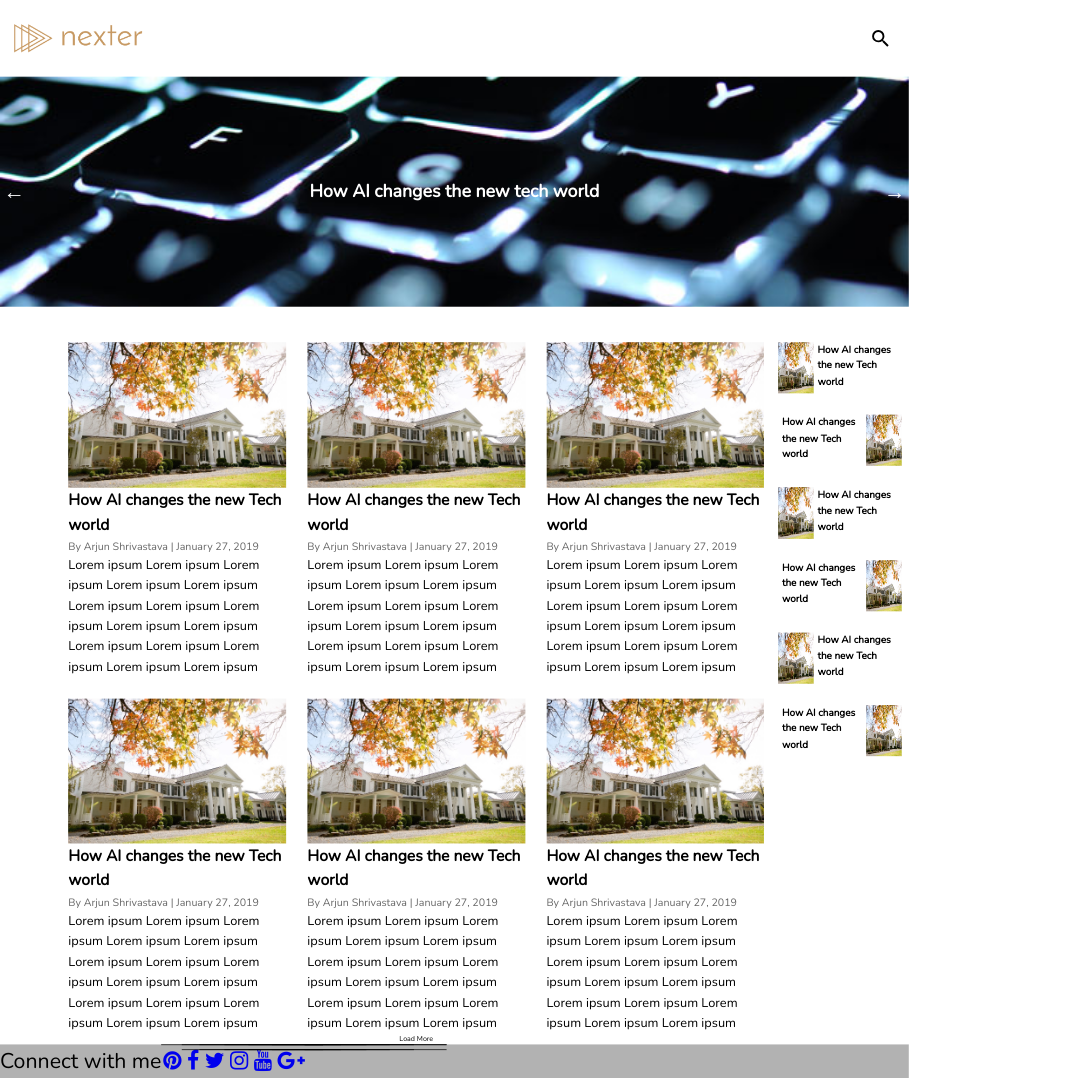
Repository: geekyarjun/myblog
Page: index.html
The author's editor kept a copy of each file at every save. The page is drawn from the files as they stood at one save, then again after the next save.
The browser window is 1280 px wide. The page is 1280 px wide, then 1507 px, so the pictures cover 1507 px, including what lies to the right of the window. The pictures show the whole page, at 71% of full size.
Some web libraries are served in a nearby version. The style sheet was rebuilt from its Sass, Less or Tailwind sources for each picture, by a compiler version that may differ from the author's.

Above is the page before, as saved 2019-03-03 19:11:05.

### index.html
<!DOCTYPE html>
<html>
<head>
    <meta charset="utf-8" />
    <meta http-equiv="X-UA-Compatible" content="IE=edge">
    <title>Tech Stack</title>
    <meta name="viewport" content="width=device-width, initial-scale=1">
    <link href="https://fonts.googleapis.com/css?family=Nunito:200,300,400" rel="stylesheet">
    <link rel="stylesheet" href="css/style.css">
    <link href='https://fonts.googleapis.com/css?family=Open+Sans|Oswald:300' rel='stylesheet' type='text/css'>
    <link rel="stylesheet" href="https://maxcdn.bootstrapcdn.com/font-awesome/4.4.0/css/font-awesome.min.css">

    <!-- <link href="https://fonts.googleapis.com/css?family=Nunito:300,400,600" rel="stylesheet"> -->
</head>
<body class="container">
    <header class="header">
        <img src="/img/logo.png" alt="techstack logo" class="header__logo">
        <img src="/img/search.svg" alt="Search icon" class="header__search-logo">
    </header>
    <section class="slider">
        <img src="img/best-tech-sites.jpg" alt="slide post-1" />
        <h2>How AI changes the new tech world</h2>
        <button class="slider--previous" onclick="moveSlides('-')">&larr;</button>
        <button class="slider--next" onclick="moveSlides('+')">&rarr;</button>
    </section>
    <main class="post_container">
        <article>
            <img src="img/gal-1.jpeg" alt="first post" />
            <h2>How AI changes the new Tech world</h2>
            <p class="author">By Arjun Shrivastava | January 27, 2019</p>
            <p class="text">Lorem ipsum Lorem ipsum Lorem ipsum Lorem ipsum Lorem ipsum Lorem ipsum Lorem ipsum Lorem ipsum Lorem ipsum Lorem ipsum Lorem ipsum Lorem ipsum Lorem ipsum Lorem ipsum Lorem ipsum</p>
        </article>
        <article>
            <img src="img/gal-1.jpeg" alt="first post" />
            <h2>How AI changes the new Tech world</h2>
            <p class="author">By Arjun Shrivastava | January 27, 2019</p>
            <p class="text">Lorem ipsum Lorem ipsum Lorem ipsum Lorem ipsum Lorem ipsum Lorem ipsum Lorem ipsum Lorem ipsum Lorem ipsum Lorem ipsum Lorem ipsum Lorem ipsum Lorem ipsum Lorem ipsum Lorem ipsum</p>
        </article>
        <article>
            <img src="img/gal-1.jpeg" alt="first post" />
            <h2>How AI changes the new Tech world</h2>
            <p class="author">By Arjun Shrivastava | January 27, 2019</p>
            <p class="text">Lorem ipsum Lorem ipsum Lorem ipsum Lorem ipsum Lorem ipsum Lorem ipsum Lorem ipsum Lorem ipsum Lorem ipsum Lorem ipsum Lorem ipsum Lorem ipsum Lorem ipsum Lorem ipsum Lorem ipsum</p>
        </article>
        <article>
            <img src="img/gal-1.jpeg" alt="first post" />
            <h2>How AI changes the new Tech world</h2>
            <p class="author">By Arjun Shrivastava | January 27, 2019</p>
            <p class="text">Lorem ipsum Lorem ipsum Lorem ipsum Lorem ipsum Lorem ipsum Lorem ipsum Lorem ipsum Lorem ipsum Lorem ipsum Lorem ipsum Lorem ipsum Lorem ipsum Lorem ipsum Lorem ipsum Lorem ipsum</p>
        </article>
        <article>
            <img src="img/gal-1.jpeg" alt="first post" />
            <h2>How AI changes the new Tech world</h2>
            <p class="author">By Arjun Shrivastava | January 27, 2019</p>
            <p class="text">Lorem ipsum Lorem ipsum Lorem ipsum Lorem ipsum Lorem ipsum Lorem ipsum Lorem ipsum Lorem ipsum Lorem ipsum Lorem ipsum Lorem ipsum Lorem ipsum Lorem ipsum Lorem ipsum Lorem ipsum</p>
        </article>
        <article>
            <img src="img/gal-1.jpeg" alt="first post" />
            <h2>How AI changes the new Tech world</h2>
            <p class="author">By Arjun Shrivastava | January 27, 2019</p>
            <p class="text">Lorem ipsum Lorem ipsum Lorem ipsum Lorem ipsum Lorem ipsum Lorem ipsum Lorem ipsum Lorem ipsum Lorem ipsum Lorem ipsum Lorem ipsum Lorem ipsum Lorem ipsum Lorem ipsum Lorem ipsum</p>
        </article>
    </main>
    <aside class="aside-latest-blog-post">
        <article>
            <img src="img/gal-1.jpeg" alt="first post" />
            <h3>How AI changes the new Tech world</h3>
        </article>
        <article class="aside-latest-blog-post__alternate-post">
            <h3>How AI changes the new Tech world</h3>
            <img src="img/gal-1.jpeg" alt="first post" />
        </article>
        <article>
            <img src="img/gal-1.jpeg" alt="first post" />
            <h3>How AI changes the new Tech world</h3>
        </article>
        <article class="aside-latest-blog-post__alternate-post">
            <h3>How AI changes the new Tech world</h3>
            <img src="img/gal-1.jpeg" alt="first post" />
        </article>
        <article>
            <img src="img/gal-1.jpeg" alt="first post" />
            <h3>How AI changes the new Tech world</h3>
        </article>
        <article class="aside-latest-blog-post__alternate-post">
            <h3>How AI changes the new Tech world</h3>
            <img src="img/gal-1.jpeg" alt="first post" />
        </article>
    </aside>
    <section class="load-more">Load More</section>
    <footer class="footer">
        <section class="footer__wrapper">
            <section class="footer__connect-text">Connect with me</section>
            <section class="footer__social-icon">
                <a href="https://www.pinterest.com/paviliongift/" class="generic-anchor" target="_blank" title="Pinterest" itemprop="significantLink"><i
                        class="fa fa-pinterest"></i></a>
                <a href="https://www.facebook.com/paviliongift" class="generic-anchor" target="_blank" title="Facebook" itemprop="significantLink"><i
                        class="fa fa-facebook"></i></a>
                <a href="https://twitter.com/PavilionGiftCo" class="generic-anchor" target="_blank" title="Twitter" itemprop="significantLink"><i
                        class="fa fa-twitter"></i></a>
                <a href="http://instagram.com/paviliongiftcompany" class="generic-anchor" target="_blank" title="Instagram" itemprop="significantLink"><i
                        class="fa fa-instagram"></i></a>
                <a href="https://www.youtube.com/channel/UCYgUODvd0qXbu_LkUWpTVEg" class="generic-anchor" target="_blank" title="Youtube"
                    itemprop="significantLink"><i class="fa fa-youtube"></i></a>
                <a href="https://plus.google.com/+Paviliongift/posts" class="generic-anchor" target="_blank" title="Google Plus"
                    itemprop="significantLink"><i class="fa fa-google-plus"></i></a>
            </section>
        </section>
    </footer>
    <script src="main.js"></script>
</body>
</html>

### img/search.svg
<svg id="Layer_1" xmlns="http://www.w3.org/2000/svg" viewBox="0 0 24 24" width="24" height="24"><path fill="black" fill-opacity="1" d="M15.009 13.805h-.636l-.22-.219a5.184 5.184 0 0 0 1.256-3.386 5.207 5.207 0 1 0-5.207 5.208 5.183 5.183 0 0 0 3.385-1.255l.221.22v.635l4.004 3.999 1.194-1.195-3.997-4.007zm-4.808 0a3.605 3.605 0 1 1 0-7.21 3.605 3.605 0 0 1 0 7.21z"></path></svg>

### main.js
// let showSlideIndex = 1;

// const showSlides = () => {
//     const slides = document.getElementsByClassName('slider__slide');
//     console.log("showSlides", slides.length);
//     for(let i=0; i<slides.length; i++) {
//         slides[i].style.display = 'none';
//     }
//     console.log("showSlideIndex", showSlideIndex);
//     if(showSlideIndex > slides.length || showSlideIndex <= 0 ) { showSlideIndex=1; }

//     slides[showSlideIndex-1].style.display = 'block';
// }

// showSlides();

// const moveSlides = (direction) => {
//     if (direction === '+') {
//         showSlideIndex++;
//         showSlides();
//     } else {
//         showSlideIndex--;
//         showSlides();
//     }
// }

### sass/main.scss
@import "base.scss";
@import "header.scss";
@import "slider.scss";
@import "postcontainer.scss";
@import "aside.scss";
@import "footer.scss";
@import "loadMore.scss";

### sass/_base.scss
*,
*::before,
*::after {
    margin: 0;
    padding: 0;
}

html {
    box-sizing: border-box;
    font-size: 62.5% // 10px/16px = 62.5(1rem == 10px)
}

body {
    font-weight: 300;
    line-height: 1.6;
    // height: 100vh;
    font-family: 'Nunito', sans-serif;
}

.container {
    display: grid;
    grid-template-rows: 15vh 45vh repeat(3, min-content);
    grid-template-columns: [full-start] minmax(6rem, 1fr) [center-start] repeat(8, [col-start] minmax(min-content, 14rem) [col-end]) [center-end] minmax(6rem, 1fr) [full-end];
}

### sass/_header.scss
.header {
    // background-color: blueviolet;
    padding: 2rem;

    grid-column: full-start / full-end;

    display: grid;
    grid-template-columns: max-content max-content;
    justify-content: space-between;
    align-items: center;

    // & > * {
    //     padding: 0 2rem;
    // }

    &__logo {
        // width: 6rem;
        height: 4rem;
    }

    &__search-logo {
        width: 4rem;
        height: 4rem;
    }
}

### sass/_slider.scss
.slider {
    // background-color: lightcoral;

    grid-column: 1 / -1;
    position: relative;

    display: grid;
    grid-template-columns: repeat(8, minmax(min-content,1fr));
    grid-template-rows: repeat(3, 1fr);

    img {
        grid-column: 1 / -1;
        grid-row: 1 / -1;
        height: 100%;
        width: 100%;
        object-fit: cover;
    }

    h2 {
        color: white;
        text-align: center;
        font-size: 2.5rem;

        grid-row: 2 / span 1;
        grid-column: 2 / span 6;
        justify-self: center;
        align-self: center;
    }

    button {
        // font-size: 5rem;
        // position: absolute;
        color: white;
        background: none;
        border: none;
        line-height: 0;
        cursor: pointer;
        font-size: 3rem;
        padding: 5px;
        transition: all .5s;
        // font-weight: 100;
    }

    // &__slide {
    //     height: 100%;

    //     img {
    //         width: 100%;
    //         height: 100%;
    //         object-fit: cover;
    //         filter: blur(1px);
    //     }

    //     h2 {
    //         // position: absolute;
    //         top: 50%;
    //         left: 50%;
    //         transform: translate(-15rem, -1rem);
    //         color: white;
    //         font-size: 2.5rem;
    //     }
    // }

    // button {
    //     font-size: 5rem;
    //     // position: absolute;
    //     color: white;
    //     background: none;
    //     border: none;
    //     line-height: 0;
    //     cursor: pointer;
    //     // font-weight: 100;
    // }

    button:hover {
        background-color: red;
    }

    &--previous {
        top: 50%;
        left: 0;
        // padding: 2rem 1rem;

        grid-column: 1 / span 1;
        grid-row: 2 / span 1;
        justify-self: start;

    }

    &--next {
        top: 50%;
        right: 0;
        // padding: 2rem 1rem;

        grid-column: 8 / span 1;
        grid-row: 2 / span 1;
        justify-self: end;
    }
}

.fade {
    animation: fade 1s ease-in;
}

@keyframes fade {
    0% {opacity: .4;}
    100% {opacity: 1;}
}

### sass/_postcontainer.scss
.post_container {
    // background-color: gainsboro;
    margin-top: 5rem;

    grid-column: center-start / col-end 7;
    grid-gap: 3rem;

    display: grid;
    grid-template-columns: repeat(auto-fit, minmax(30rem, 1fr));

    article {
        display: grid;
        grid-template-columns: repeat(2, 1fr);

        img {
            width: 100%;
            // height: 100%;
            object-fit: cover;

            grid-column: 1 / -1;
        }

        h2 {
            font-size: 2.2rem;

            grid-column: 1 / -1;
        }

        .author {
            font-size: 1.5rem;
            color: rgba(0,0,0,0.6);

            grid-column: 1 / -1;
        }

        .text {
            font-size: 1.8rem;
            grid-column: 1 / -1;
        }


    }
}

### sass/_aside.scss
.aside-latest-blog-post {
    margin-top: 5rem;
    margin-left: 2rem;
    margin-right: 1rem;

    display: grid;
    grid-row-gap: 3rem;
    grid-auto-rows: max-content;

    grid-column: col-start 8 / full-end;

    article {
        display: grid;
        grid-template-columns: 5rem auto;

        img {
            width: 100%;
            height: 100%;
        }

        h3 {
            font-size: 1.4rem;
            padding: 0rem 0rem .5rem .5rem;
        }

        @media screen and (max-width: 1200px) {
            img {
                grid-column: 1 / -1;
            }

            h3 {
                grid-column: 1 / -1;
            }
        }
    }

    &__alternate-post {
        display: grid !important;
        grid-template-columns: auto 5rem !important;

        @media screen and (max-width: 1200px) {
            h3 {
                grid-row: 2;
            }
        }
    }
}

### sass/_footer.scss
.footer {
    background-color: rgba(0,0,0, .3);

    grid-column: full-start / full-end;

    &__wrapper {
        position: relative;

        ::after {
            content: '';
            width: 100%;
            border-top: 1px solid black;
            position: absolute;
        }
    }

    &__connect-text {
        position: relative;
        font-size: 3rem;
        display: inline-block;
    }

    &__social-icon {
        position: relative;
        font-size: 3rem;
        display: inline-block;
    }
}

### sass/_loadMore.scss
.load-more {
    text-align: center;

    grid-column: center-start / col-end 7;
}

After the next save:
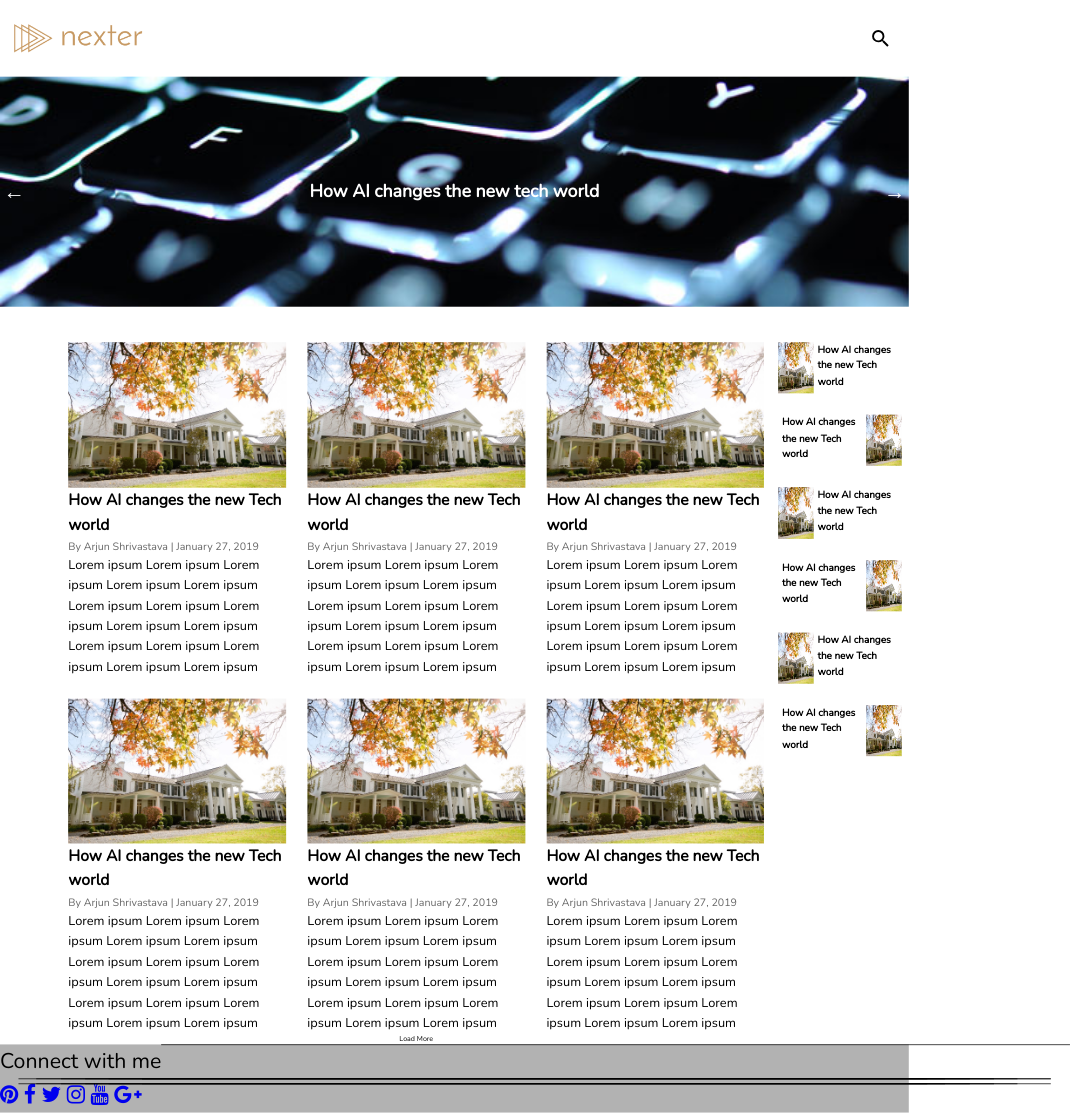
Saved 18 s later.
--- a/sass/_footer.scss
+++ b/sass/_footer.scss
@@ -5,6 +5,8 @@
 
     &__wrapper {
         position: relative;
+
+        display: grid;
 
         ::after {
             content: '';
